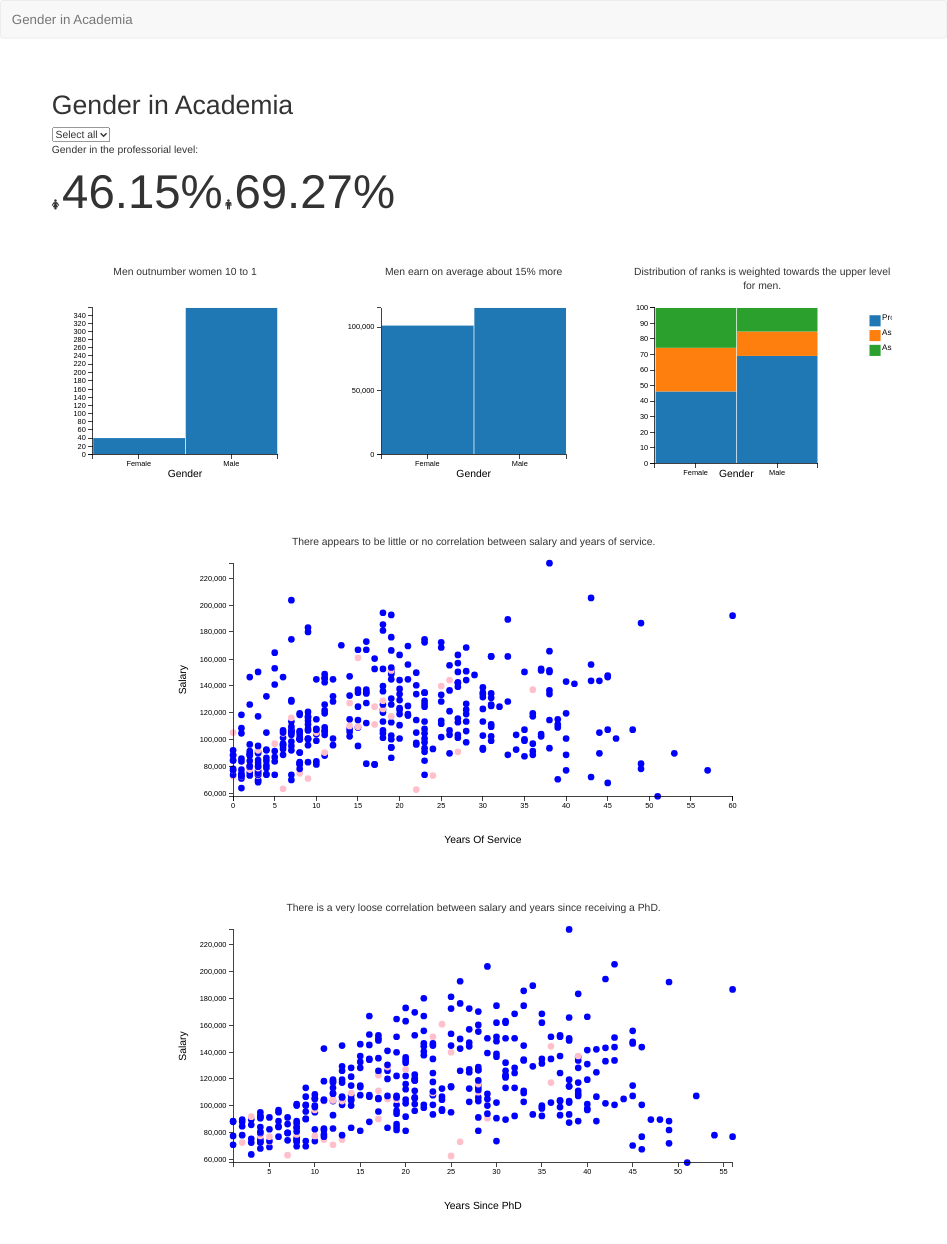
Repository: kescardoso/dashboard
Page: index.html
The author's editor kept a record of every edit. The page is drawn from the files as they stood at one moment, then again after the next edit.
The browser window is 1280 px wide. The pictures show the whole page, at 74% of full size.

Above is the page before.

### index.html
<!DOCTYPE html>
<html lang="en">
<head>
    <meta charset="UTF-8">
    <meta name="viewport" content="width=device-width, initial-scale=1.0">
    <meta http-equiv="X-UA-Compatible" content="ie=edge">
    <title>Gender in Academia</title>

    <link rel="stylesheet" href="static/css/bootstrap.min.css" type="text/css" />
    <link rel="stylesheet" href="https://cdnjs.cloudflare.com/ajax/libs/font-awesome/4.7.0/css/font-awesome.min.css" type="text/css">
    <link rel="stylesheet" href="static/css/dc.min.css" type="text/css" />
    <link rel="stylesheet" href="static/css/style.css" type="text/css" />

    <script type="text/javascript" src="static/js/d3.min.js"></script>
    <script type="text/javascript" src="static/js/crossfilter.min.js"></script>
    <script type="text/javascript" src="static/js/dc.min.js"></script>
    <script type="text/javascript" src="static/js/queue.min.js"></script>
    <script type="text/javascript" src="static/js/graph.js"></script>

</head>
<body>

    <nav class="navbar navbar-default">
      <div class="container-fluid">
        <div class="navbar-header">
          <a class="navbar-brand" href="#">Gender in Academia</a>
        </div>
      </div>
    </nav>

    <main>
      <section class="section">
        <div class="container">

          <div class="row">
            <div class="col-xs-12 col-sm-12">
              <h1 class="section-heading">Gender in Academia</h1>
              <div id="discipline-selector"></div>
            </div>
          </div>

          <div class="row">
            <div class="col-xs-12 col-sm-12">
              <p class="section-paragraph">Gender in the professorial level:</p>
            </div>
            <div class="col-xs-12 col-sm-6 col-lg-6">
              <i class="fa fa-female fa-gender" aria-hidden="true"></i> <span class="number-box" id="percent-of-women-professors"></span>
              <i class="fa fa-male fa-gender" aria-hidden="true"></i> <span class="number-box" id="percent-of-men-professors"></span>
            </div>
          </div>

        </div>
      </section>

      <section class="section">
        <div class="container">

          <div class="row">
            <div class="col-xs-12 col-sm-4 text-center">
              <p class="section-paragraph">Men outnumber women 10 to 1</p>
            </div>
            <div class="col-xs-12 col-sm-4 text-center">
              <p class="section-paragraph">Men earn on average about 15% more</p>
            </div>
            <div class="col-xs-12 col-sm-4 text-center">
              <p class="section-paragraph">Distribution of ranks is weighted towards the upper level for men.</p>
            </div>
          </div>

          <div class="row">
            <div class="col-xs-12 col-sm-4 text-center" id="gender-balance" class="custom-chart"></div>
            <div class="col-xs-12 col-sm-4 text-center" id="average-salary" class="custom-chart"></div>
            <div class="col-xs-12 col-sm-4 text-center" id="rank-distribution" class="custom-chart"></div>
          </div>

        </div>
      </section>

      <section class="section">
        <div class="container">

          <div class="row">
            <div class="col-xs-12 col-sm-12 text-center">
              <p class="section-paragraph">There appears to be little or no correlation between salary and years of service.</p>
            </div>
            <div class="col-xs-12 col-sm-12 text-center" id="service-salary"></div>
          </div>

        </div>
      </section>

      <section class="section">
        <div class="container">

          <div class="row">
            <div class="col-xs-12 col-sm-12 text-center">
              <p class="section-paragraph">There is a very loose correlation between salary and years since receiving a PhD.</p>
            </div>
            <div class="col-xs-12 col-sm-12 text-center" id="phd-salary"></div>
          </div>

        </div>
      </section>
    </main>

</body>
</html>

### static/css/style.css
.number-box {
    font-size: 64px;
    text-align: center;
    line-height: normal;
}

.section {
    border-botoom: 1px solid #e6e6e6;
    padding: 30px 0;
}

.section-paragraph {

}

### static/js/graph.js
queue()
    .defer(d3.csv, "data/Salaries.csv")
    .await(makeGraphs);

function makeGraphs(error, salaryData) {
    var ndx = crossfilter(salaryData);

    salaryData.forEach(function(d){
        d.salary = parseInt(d.salary);
        d.yrs_since_phd = parseInt(d["yrs.since.phd"]);
        d.yrs_service = parseInt(d["yrs.service"]);
    })

    show_discipline_selector(ndx);

    show_percent_that_are_professors(ndx, "Female", "#percent-of-women-professors");
    show_percent_that_are_professors(ndx, "Male", "#percent-of-men-professors");

    show_gender_balance(ndx);
    show_average_salary(ndx);
    show_rank_distribution(ndx);

    show_service_to_salary_correlation(ndx);
    show_phd_to_salary_correlation(ndx);

    dc.renderAll();
}

function show_discipline_selector(ndx) {
    var dim = ndx.dimension(dc.pluck('discipline'));
    var group = dim.group();

    dc.selectMenu("#discipline-selector")
        .dimension(dim)
        .group(group);
}

function show_percent_that_are_professors(ndx, gender, element) {
    var percentageThatAreProf = ndx.groupAll().reduce(
        function(p, v) {
            if (v.sex === gender) {
                p.count++;
                if(v.rank === "Prof") {
                    p.are_prof++;
                }
            }
            return p;
        },
        function(p, v) {
            if (v.sex === gender) {
                p.count--;
                if(v.rank === "Prof") {
                    p.are_prof--;
                }
            }
            return p;
        },
        function() {
            return {count: 0, are_prof: 0};
        },
    );

    dc.numberDisplay(element)
        .formatNumber(d3.format(".2%"))
        .valueAccessor(function (d) {
            if (d.count == 0) {
                return 0;
            } else {
                return (d.are_prof / d.count);
            }
        })
        .group(percentageThatAreProf)
}

function show_gender_balance(ndx) {
    var dim = ndx.dimension(dc.pluck('sex'));
    var group = dim.group();

    dc.barChart("#gender-balance")
        .width(350)
        .height(250)
        .margins({top: 10, right: 50, bottom: 30, left: 50})
        .dimension(dim)
        .group(group)
        .transitionDuration(500)
        .x(d3.scale.ordinal())
        .xUnits(dc.units.ordinal)
        .xAxisLabel("Gender")
        .yAxis().ticks(20);
}

function show_average_salary(ndx) {
    var dim = ndx.dimension(dc.pluck('sex'));

    function add_item(p, v) {
        p.count++;
        p.total += v.salary;
        p.average = p.total / p.count;
        return p;
    }

    function remove_item(p, v) {
        p.count--;
        if(p.count == 0) {
            p.total = 0;
            p.average = 0;
        } else {
            p.total -= v.salary;
            p.average = p.total / p.count;
        }
        return p;
    }

    function initialise() {
        return {count: 0, total: 0, average: 0};
    }

    var averageSalaryByGender = dim.group().reduce(add_item, remove_item, initialise);

    dc.barChart("#average-salary")
        .width(350)
        .height(250)
        .margins({top: 10, right: 50, bottom: 30, left: 50})
        .dimension(dim)
        .group(averageSalaryByGender)
        .valueAccessor(function(d){
            return d.value.average.toFixed(2);
        })
        .transitionDuration(500)
        .x(d3.scale.ordinal())
        .xUnits(dc.units.ordinal)
        .elasticY(true)
        .xAxisLabel("Gender")
        .yAxis().ticks(4);
}

function show_rank_distribution(ndx) {

    function rankByGender (dimension, rank) {
        return dimension.group().reduce(
            function (p, v) {
                p.total++;
                if(v.rank == rank) {
                    p.match++;
                }
                return p;
            },
            function (p, v) {
                p.total--;
                if(v.rank == rank) {
                    p.match--;
                }
                return p;
            },
            function () {
                return {total: 0, match: 0};
            }
        );
    }

    var dim = ndx.dimension(dc.pluck("sex"));
    var profByGender = rankByGender(dim, "Prof");
    var asstProfByGender = rankByGender(dim, "AsstProf");
    var assocProfByGender = rankByGender(dim, "AssocProf");

    dc.barChart("#rank-distribution")
        .width(350)
        .height(250)
        .dimension(dim)
        .group(profByGender, "Prof")
        .stack(asstProfByGender, "Asst Prof")
        .stack(assocProfByGender, "Assoc Prof")
        .valueAccessor(function(d) {
            if(d.value.total > 0) {
                return (d.value.match / d.value.total) * 100;
            } else {
                return 0;
            }
        })
        .x(d3.scale.ordinal())
        .xUnits(dc.units.ordinal)
        .xAxisLabel("Gender")
        .legend(dc.legend().x(320).y(20).itemHeight(15).gap(5))
        .margins({top: 10, right: 100, bottom: 30, left: 30});
}

function show_service_to_salary_correlation(ndx) {

    var genderColors = d3.scale.ordinal()
        .domain(["Female", "Male"])
        .range(["pink", "blue"]);

    var eDim = ndx.dimension(dc.pluck("yrs_service"));
    var experienceDim = ndx.dimension(function(d) {
        return [d.yrs_service, d.salary, d.rank, d.sex];
    });

    var experienceSalaryGroup = experienceDim.group();
    var minExperience = eDim.bottom(1)[0].yrs_service;
    var maxExperience = eDim.top(1)[0].yrs_service;

    dc.scatterPlot("#service-salary")
        .width(800)
        .height(400)
        .x(d3.scale.linear().domain([minExperience, maxExperience]))
        .brushOn(false)
        .symbolSize(8)
        .clipPadding(10)
        .yAxisLabel("Salary")
        .xAxisLabel("Years Of Service")
        .title(function(d) {
            return d.key[2] + " earned " + d.key[1];
        })
        .colorAccessor(function (d) {
            return d.key[3];
        })
        .colors(genderColors)
        .dimension(experienceDim)
        .group(experienceSalaryGroup)
        .margins({top: 10, right: 50, bottom: 75, left: 75});
}

function show_phd_to_salary_correlation(ndx) {

    var genderColors = d3.scale.ordinal()
        .domain(["Female", "Male"])
        .range(["pink", "blue"]);

    var pDim = ndx.dimension(dc.pluck("yrs_since_phd"));
    var phdDim = ndx.dimension(function(d) {
        return [d.yrs_since_phd, d.salary, d.rank, d.sex];
    });

    var phdSalaryGroup = phdDim.group();
    var minPhd = pDim.bottom(1)[0].yrs_since_phd;
    var maxPhd = pDim.top(1)[0].yrs_since_phd;

    dc.scatterPlot("#phd-salary")
        .width(800)
        .height(400)
        .x(d3.scale.linear().domain([minPhd, maxPhd]))
        .brushOn(false)
        .symbolSize(8)
        .clipPadding(10)
        .yAxisLabel("Salary")
        .xAxisLabel("Years Since PhD")
        .title(function(d) {
            return d.key[2] + " earned " + d.key[1];
        })
        .colorAccessor(function (d) {
            return d.key[3];
        })
        .colors(genderColors)
        .dimension(phdDim)
        .group(phdSalaryGroup)
        .margins({top: 10, right: 50, bottom: 75, left: 75});
}

Loaded but not shown: static/css/bootstrap.min.css (library); static/css/dc.min.css (library); static/js/d3.min.js (library); static/js/crossfilter.min.js (library); static/js/dc.min.js (library); static/js/queue.min.js (common file)

After the next edit:
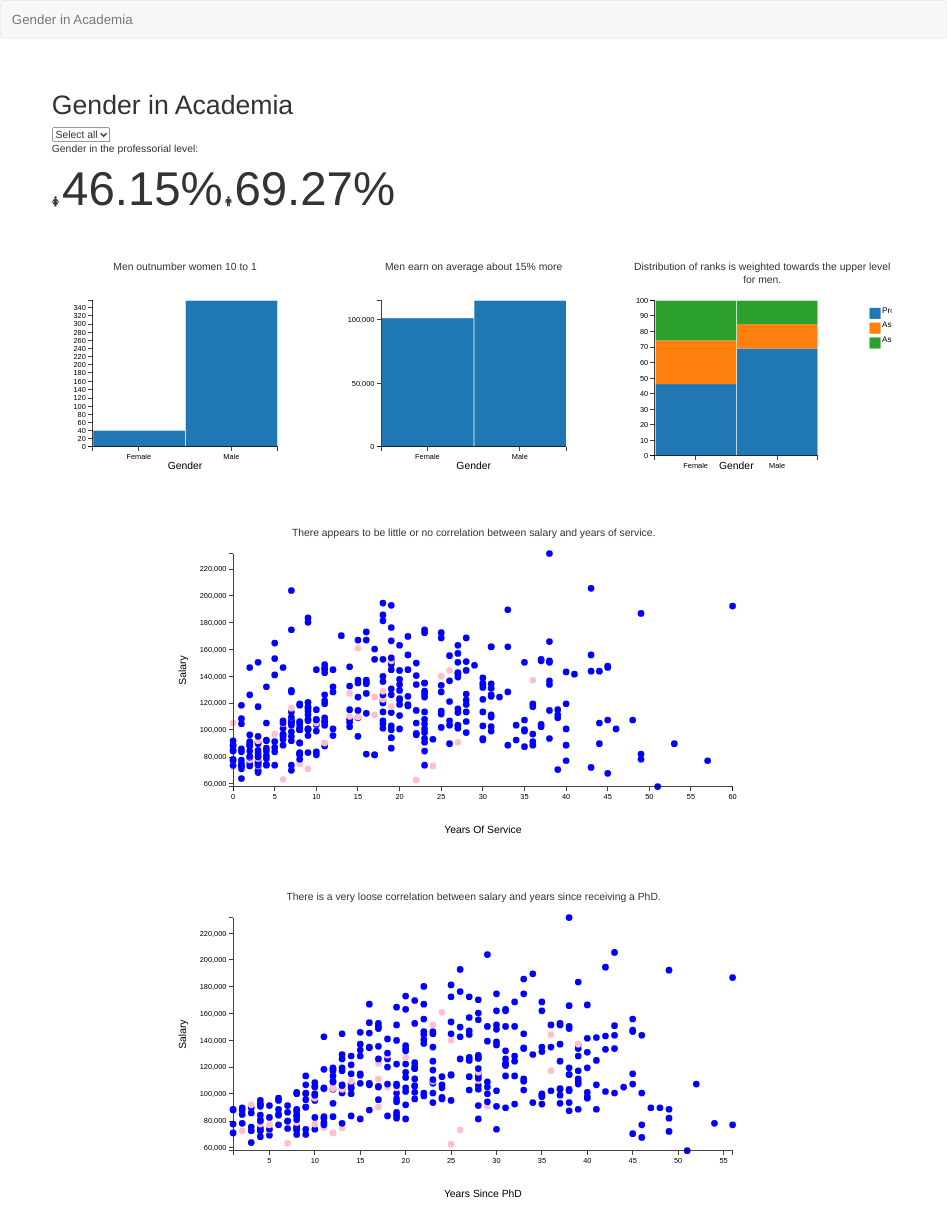
The edit:
--- a/static/css/style.css
+++ b/static/css/style.css
@@ -10,5 +10,5 @@
 }
 
 .section-paragraph {
-
+    line-height: 1.2;
 }
